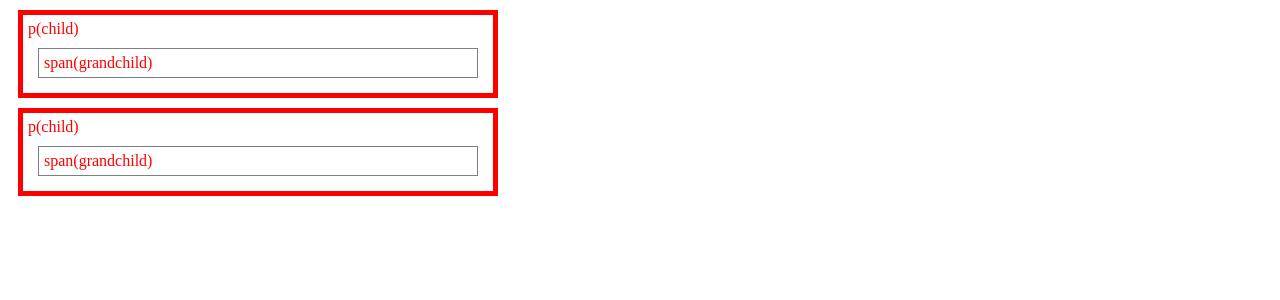
Repository: tjdwlsl/jspstudy
Page: http://localhost/JQuery_Ajax/jquery/ex16_DOM.jsp
These files come from the project's save history. The page is drawn as it stood at one moment and after the next save; the edit follows.
The browser window is 1280 px wide. The pictures show the whole page.
The page is served by Tomcat 9. Other server files are loaded and not shown.

Above is the page before, as saved 2023-07-19 09:08:15.

### JQuery_Ajax/src/main/webapp/jquery/ex16_DOM.jsp
<%@ page language="java" contentType="text/html; charset=UTF-8"
    pageEncoding="UTF-8"%>
<!DOCTYPE html>
<html>
<head>
<meta charset="UTF-8">
<title>HTML 탐색 : children()</title>
<style type="text/css">
	.myclass * {
		display: block;
		border: 1px solid gray;
		padding: 5px;
		margin: 10px;
	}
</style>
<%-- jQuery 라이브러리 CDN --%>
<script src="https://ajax.googleapis.com/ajax/libs/jquery/3.7.0/jquery.min.js"></script>
<script type="text/javascript">
$(document).ready(function(){
	//children : 선택한 요소의 직계 자식요소
	//fild() : 선택한 요소의 마지막 요소까지 반환
	$("div").children().css({"color":"red", "border":"5px solid red"});

});
</script>

</head>
<body>
	<div class="myclass" style="width: 500px;">
	<p>p(child)
		<span>span(grandchild)</span>
	</p>
	<p>p(child)
		<span>span(grandchild)</span>
	</p>
	</div>
</body>
</html>

After the next save:
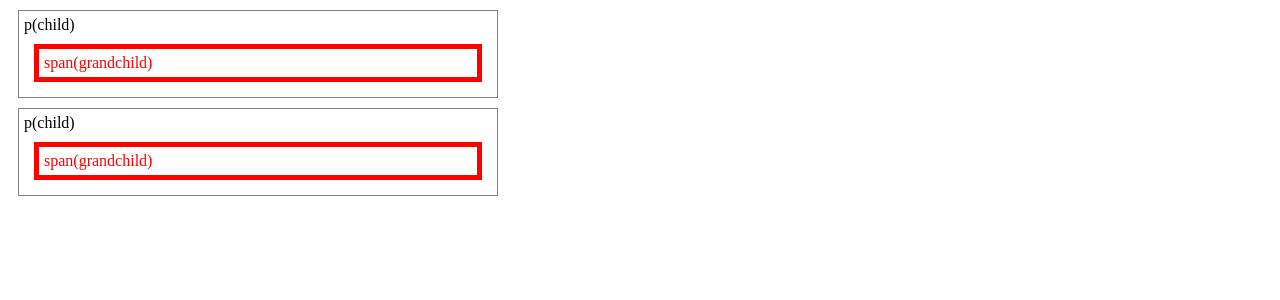
Saved 114 s later.
--- a/JQuery_Ajax/src/main/webapp/jquery/ex16_DOM.jsp
+++ b/JQuery_Ajax/src/main/webapp/jquery/ex16_DOM.jsp
@@ -19,7 +19,7 @@
 $(document).ready(function(){
 	//children : 선택한 요소의 직계 자식요소
 	//fild() : 선택한 요소의 마지막 요소까지 반환
-	$("div").children().css({"color":"red", "border":"5px solid red"});
+	$("div").find("span").css({"color":"red", "border":"5px solid red"});
 
 });
 </script>
